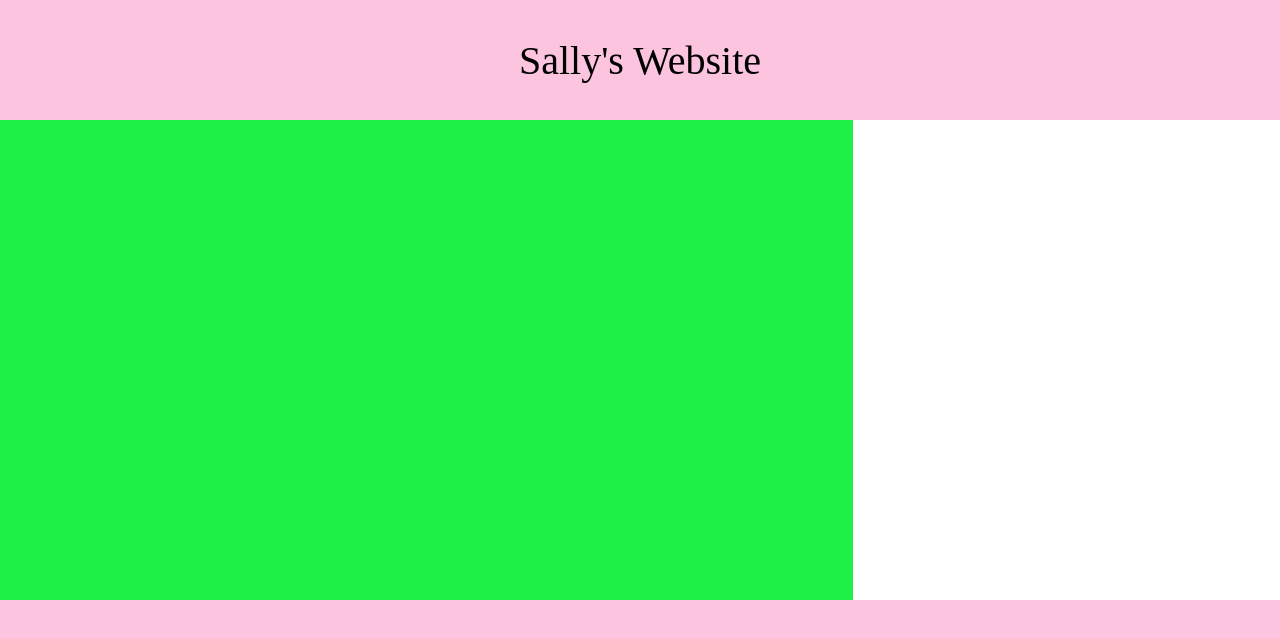
Repository: tianjiewang2022/tianjiewang2022.github.io
Page: index.html
An editor plug-in stored every save of this project. The page is shown before and after the next save, followed by the edit.
The browser window is 1280 px wide. The pictures show the whole page.

Above is the page before, as saved 2023-10-02 22:06:25.

### index.html
<!DOCTYPE html>
<html lang="en">

    <head>
        <meta charset="UTF-8">
        <meta name="viewport" content="width=device-width, initial-scale=1.0">
        <title>Sally's Webpage</title>
        <style>
            body {
                margin: 0;
                padding: 0;
                display: grid;
                grid-template-rows: repeat(6, 1fr);
                grid-template-columns: repeat(6, 1fr);
                height: 100vh;
            }

            header {
                background-color: rgb(252, 196, 223);
                color: rgb(0, 0, 0);
                grid-column: 1 / span 6;
                grid-row: 1 / span 1;
                display: flex;
                justify-content: center;
                align-items: center;
                font-size: 40px;
                z-index: 100;
                height: calc(100vh / 6);
                /* Set the height of the header */
            }

            .left_bar {
                background-color: rgb(30, 232, 232);
                grid-row: 2 / span 4;
                grid-column: 1 / span 1;
                position: fixed;
                height: calc(4 * (100vh / 6));
                /* Set the height of the left bar */
                width: calc(1 * (100vw / 6));
                /* Set the width of the left bar */
                left: 0;
                /* Position the left bar at the left side */
            }

            .main_area {
                background-color: rgb(30, 240, 72);
                grid-row: 2 / span 4;
                grid-column: 2 / span 2;
                display: inline-grid;
                grid-template-columns: 1fr;
                flex-wrap: wrap;
                justify-content: center;
                /* position: relative; */
                height: calc(4 * (100vh / 6));
                width: calc(4 * (100vw / 6));
                align-items: center;
            }

            .main_area {
                background-color: rgb(30, 240, 72);
                grid-row: 2 / span 4;
                grid-column: 2 / span 2;
                display: flex;
                flex-wrap: wrap;
                justify-content: center;
                /* Center content horizontally within the "main_area" */
                align-items: center;
                position: relative;
                height: calc(4 * (100vh / 6));
                /* Set the height of the main area */
                width: calc(4 * (100vw / 6));
                /* Set the width of the main area */
                /* Set the height of the main area */
            }

            .right_bar {
                background-color: rgb(168, 27, 224);
                grid-row: 2 / span 4;
                grid-column: 1 / span 1;
                position: fixed;
                height: calc(4 * (100vh / 6));
                /* Set the height of the left bar */
                width: calc(1 * (100vw / 6));
                /* Set the width of the left bar */
                right: 0;
                /* Position the left bar at the left side */
            }

            footer {
                background-color: rgb(252, 196, 223);
                grid-column: 1 / span 6;
                grid-row: 6 / span 1;
                /* Place the footer in the last row */
                display: flex;
                justify-content: center;
                align-items: center;
                z-index: 100;
                height: calc(100vh / 6);
                /* Set the height of the footer */
            }
        </style>
    </head>

    <body>
        <header>
            Sally's Website
        </header>
        <div>
            <!-- Your content goes here -->
            <span class="left_bar"></span>
            <span class="main_area"></span>
            <span class="right_bar"></span>
        </div>
        <footer></footer>
    </body>

</html>

After the next save:
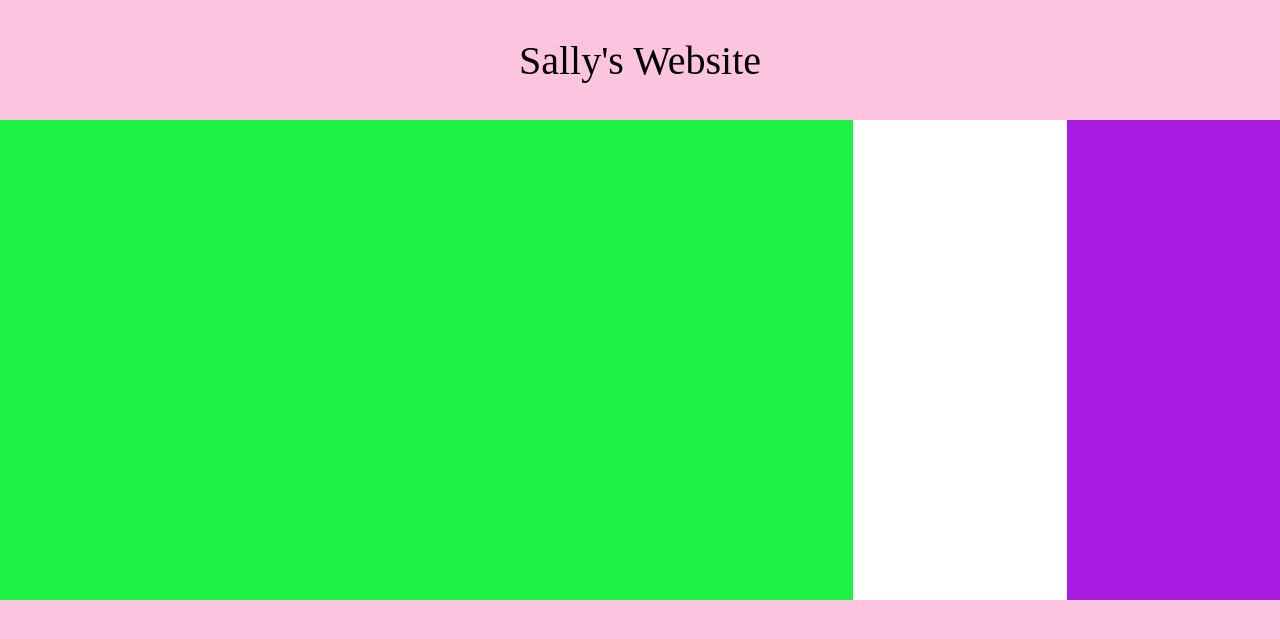
Saved 13 min 17 s later.
--- a/index.html
+++ b/index.html
@@ -46,11 +46,11 @@
                 background-color: rgb(30, 240, 72);
                 grid-row: 2 / span 4;
                 grid-column: 2 / span 2;
-                display: inline-grid;
+                display: flex;
                 grid-template-columns: 1fr;
                 flex-wrap: wrap;
                 justify-content: center;
-                /* position: relative; */
+                position: relative;
                 height: calc(4 * (100vh / 6));
                 width: calc(4 * (100vw / 6));
                 align-items: center;
@@ -108,8 +108,9 @@
         <div>
             <!-- Your content goes here -->
             <span class="left_bar"></span>
+            <span class="right_bar"></span>
             <span class="main_area"></span>
-            <span class="right_bar"></span>
+
         </div>
         <footer></footer>
     </body>
